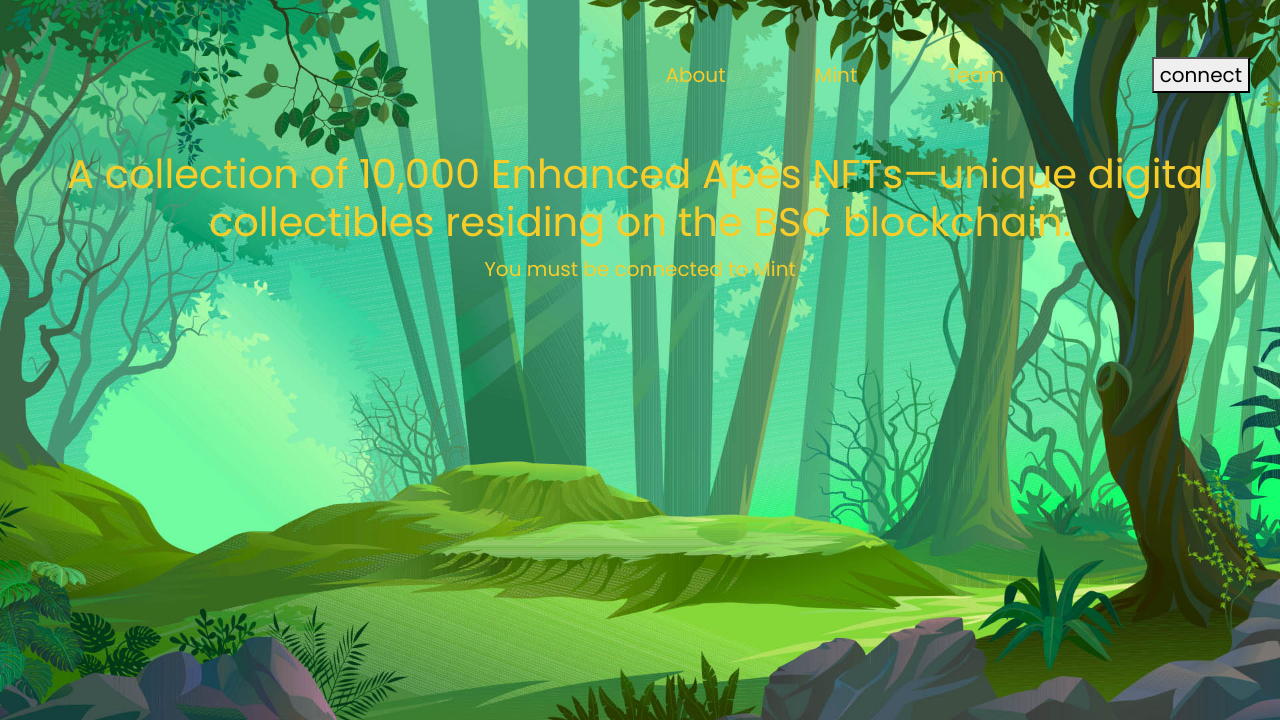
Repository: Stephegbenga/Minting-Dapp
Page: /
The author's editor kept a copy of each file at every save. The page is drawn from the files as they stood at one save, then again after the next save.
The browser window is 1280 px wide. The pictures show the whole page.
The project was rebuilt for these pictures with package versions that can differ from the ones it lists, and the page was loaded fresh each time.

Above is the page before, as saved 2022-04-07 16:54:40.

### public/index.html
<!DOCTYPE html>
<html lang="en">
  <head>
    <meta charset="utf-8" />
    <link rel="icon" href="%PUBLIC_URL%/En favicon.ico" />
    <meta name="viewport" content="width=device-width, initial-scale=1" />
    <meta name="theme-color" content="#000000" />
    <meta
      name="description"
      content="Web site created using create-react-app"
    />

    <link rel="apple-touch-icon" href="%PUBLIC_URL%/logo192.png" />
    <!--
      manifest.json provides metadata used when your web app is installed on a
      user's mobile device or desktop. See https://developers.google.com/web/fundamentals/web-app-manifest/
    -->
    <link rel="manifest" href="%PUBLIC_URL%/manifest.json" />
    <!--
      Notice the use of %PUBLIC_URL% in the tags above.
      It will be replaced with the URL of the `public` folder during the build.
      Only files inside the `public` folder can be referenced from the HTML.

      Unlike "/favicon.ico" or "favicon.ico", "%PUBLIC_URL%/favicon.ico" will
      work correctly both with client-side routing and a non-root public URL.
      Learn how to configure a non-root public URL by running `npm run build`.
    -->
    <link rel="stylesheet" href="https://stackpath.bootstrapcdn.com/bootstrap/4.3.1/css/bootstrap.min.css"/>

    <title>React App</title>
  </head>
  <body>
    <noscript>You need to enable JavaScript to run this app.</noscript>
    <div id="root"></div>
    <!--
      This HTML file is a template.
      If you open it directly in the browser, you will see an empty page.

      You can add webfonts, meta tags, or analytics to this file.
      The build step will place the bundled scripts into the <body> tag.

      To begin the development, run `npm start` or `yarn start`.
      To create a production bundle, use `npm run build` or `yarn build`.
    -->
  </body>
</html>

### src/index.js
import React from 'react';
import ReactDOM  from 'react-dom';
import './index.css';
import App from './App';
import './Font/ThunderDemo.ttf'


ReactDOM.render(
  <App />,
  document.getElementById('root')

);

### src/App.js
import './App.css';


import { useState } from 'react';
import './App.css';
import MainMint from './MainMint'
import Navbar from './NavBar'

function App() {
    const [accounts, setAccounts] = useState([]);

    return (
        <div className="overlay">
            <div className='App'>
                <Navbar accounts={accounts} setAccounts={setAccounts} />
                <MainMint accounts={accounts} setAccounts={setAccounts} />
            </div>
            <div className='Background'></div>
        </div>
    );
}

export default App;

### src/App.css
@import url("https://fonts.googleapis.com/css?family=Poppins");


.App {
  text-align: center;
  font-family: "poppins";
  font-size: 20px;
  color: #f7cd2a;
}

* {
  box-sizing: border-box;
}

body {
  overflow: hidden;
}

.overlay {
  opacity: 1;
  width: 100%;
  height: 100%;
  z-index: 10;
  top: 0;
  left: 0;
  position: fixed;
}

.Background {
  z-index: -1;
  position: absolute;
  top: 0;
  left: 0;
  right: 0;
  bottom: 0;
  background-image: url("./Assets/Background/background.jpg");
  background-size: cover;
  background-repeat: no-repeat;
  background-attachment: fixed;
  background-position: 40% 40%;
}

### src/MainMint.js
import { useState } from "react";
import{ ethers, BigNumber } from "ethers";
import Kongz from "./Kongz/Kongz.json";

const KongzAddress = "0x0aee4e215fd9c07093fc7c31f67028e291c633c5";

const MainMint = ({ accounts, setAccounts}) => {
    const [mintAmount, setMintAmount] = useState(1);
    const isConnected = Boolean(accounts[0]);

    async function handleMint() {
        if (window.ethereum) {
            const provider = new ethers.providers.Web3Provider(window.ethereum);
            const signer = provider.getSigner();
            const contract = new ethers.Contract(
                KongzAddress,
                Kongz.abi,
                signer
            );
            try {
                const response = await contract.mint(BigNumber.from(mintAmount));
                console.log('response: ', response);
            }   catch (err) {
                console.log("error: ", err)
            }
        }
    }

    const handleDecrement = () => {
        if (mintAmount <= 1) return;
        setMintAmount(mintAmount + 1);
    };

    return (
        <div>
            <h1>A collection of 10,000 Enhanced Apes NFTs—unique digital collectibles residing on the BSC blockchain.</h1>
            {isConnected ? (
            <div>
                <div>
                    <button onClick={handleDecrement}>-</button>
                    <input type="number" value={mintAmount} />
                    <button onClick={handleDecrement}>+</button>
                </div>
                <button onClick={handleMint}>Mint Now</button>
            </div>
        ) : (
            <p>You must be connected to Mint</p>
        )}
        </div>

    );
};

export default MainMint;

### src/NavBar.js
import React from "react";
import { Box, Button, Flex, Flow, Image, Link, Spacer } from "@chakra-ui/react"

const Navbar = ({ accounts, setAccounts }) => {
    const isConnected = Boolean(accounts[0]);

    async function connectAccount() {
        if (window.ethereum) {
            const accounts = await window.ethereum.request({
               method: "eth_requestAccounts",
            });
            setAccounts(accounts);
        }
    }

    return (
        <Flex justify="space-between" align="center" padding="30px">
            {/* { left side - socials } */}

            <Flex justify="space-around" width="40%" padding="0 75px">

            </Flex>

            {/* {RIght SIde - Section and connect} */}
            <Flex
                justify="space-around"
                align="center"
                width="40%"
                padding="30px"
            >
            <div>About</div>
            <div>Mint</div>
            <div>Team</div>
            </Flex>

            {/* connect */}
            {isConnected ? (
                <p>Conncted</p>
            ) : (
                <button onClick={connectAccount}>connect</button>
            )}
        </Flex>
    );

};

export default Navbar;

Loaded but not shown: src/index.css (common file); src/Kongz/Kongz.json (1020 lines, source omitted)

After the next save:
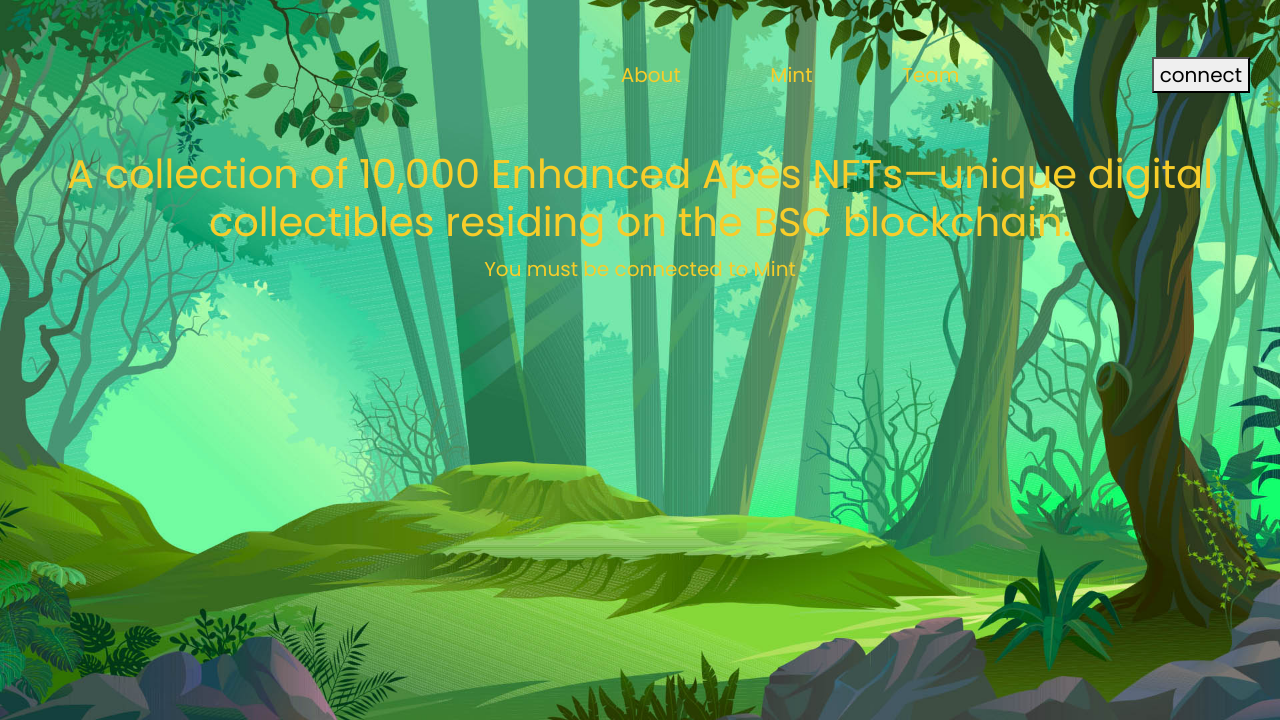
Saved 2 min 6 s later.
--- a/src/NavBar.js
+++ b/src/NavBar.js
@@ -28,9 +28,12 @@ const Navbar = ({ accounts, setAccounts }) => {
                 width="40%"
                 padding="30px"
             >
-            <div>About</div>
-            <div>Mint</div>
-            <div>Team</div>
+            <box margin="0 15px">About</box>
+            <Spacer />
+            <box margin="0 15px">Mint</box>
+            <Spacer />
+            <box margin="0 15px">Team</box>
+            <Spacer />
             </Flex>
 
             {/* connect */}
